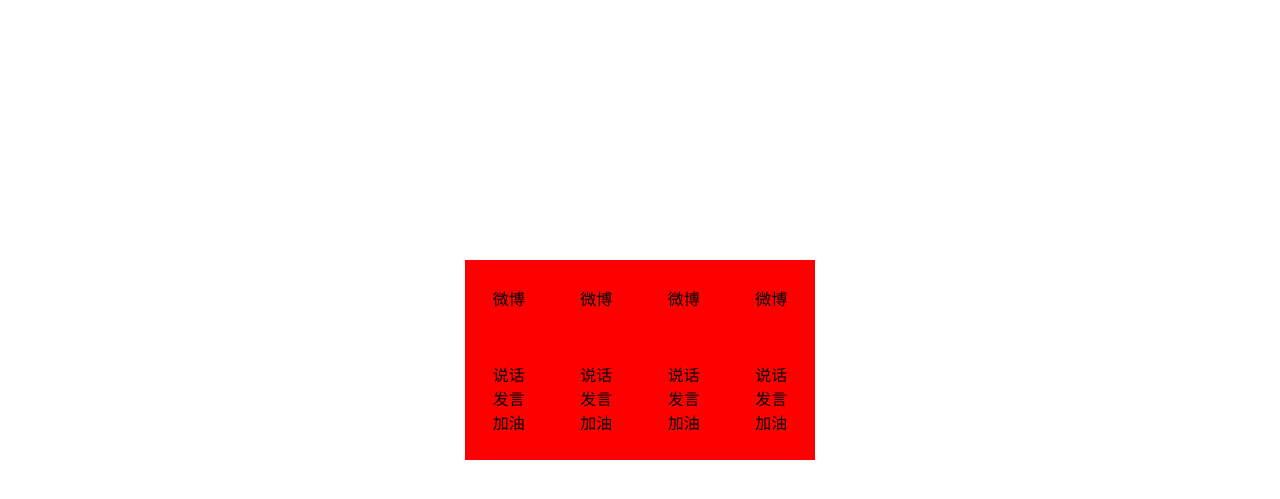
Repository: MMXiaohang/frontend-interview-coding
Page: 19.下拉菜单.html
An editor plug-in stored every save of this project. The page is shown before and after the next save, followed by the edit.
The browser window is 1280 px wide. The pictures show the whole page.

Above is the page before, as saved 2022-04-03 11:49:40.

### 19.下拉菜单.html
<!DOCTYPE html>
<html lang="en">
<head>
    <meta charset="UTF-8">
    <meta http-equiv="X-UA-Compatible" content="IE=edge">
    <meta name="viewport" content="width=device-width, initial-scale=1.0">
    <title>Document</title>
    <style>
        *{
            padding: 0;
            margin: 0;
        }
        .nav{
            position: absolute;
            display: flex;
            justify-content: space-around;
            width: 350px;
            height: 200px;
            top: 50%;
            left: 50%;
            transform: translate(-50%, -50%);
            background-color: red;
        }

        .nav a{
            text-decoration: none;
            color: black;
        }

        .nav>li>a:hover{
            background-color: #eee;
        }

        .nav ul{
            display: grid;
            place-items: center;

        }

        .nav li{
            list-style: none;
            display: grid;
            place-items: center;
        }
    </style>
</head>
<body>
    <ul class="nav">
        <li>
            <a href="#">微博</a>
            <ul>
                <li>说话</li>
                <li>发言</li>
                <li>加油</li>
            </ul>
        </li>
        <li>
            <a href="#">微博</a>
            <ul>
                <li>说话</li>
                <li>发言</li>
                <li>加油</li>
            </ul>
        </li>
        <li>
            <a href="#">微博</a>
            <ul>
                <li>说话</li>
                <li>发言</li>
                <li>加油</li>
            </ul>
        </li>
        <li>
            <a href="#">微博</a>
            <ul>
                <li>说话</li>
                <li>发言</li>
                <li>加油</li>
            </ul>
        </li>
    </ul>
</body>
</html>

After the next save:
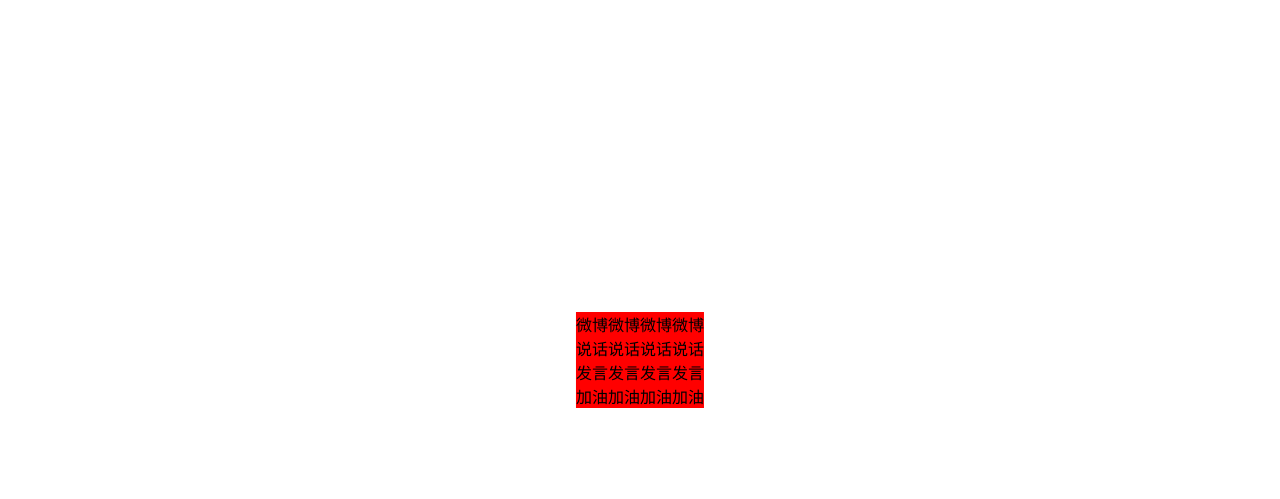
Saved 34 s later.
--- a/19.下拉菜单.html
+++ b/19.下拉菜单.html
@@ -14,8 +14,6 @@
             position: absolute;
             display: flex;
             justify-content: space-around;
-            width: 350px;
-            height: 200px;
             top: 50%;
             left: 50%;
             transform: translate(-50%, -50%);

After the save that followed:
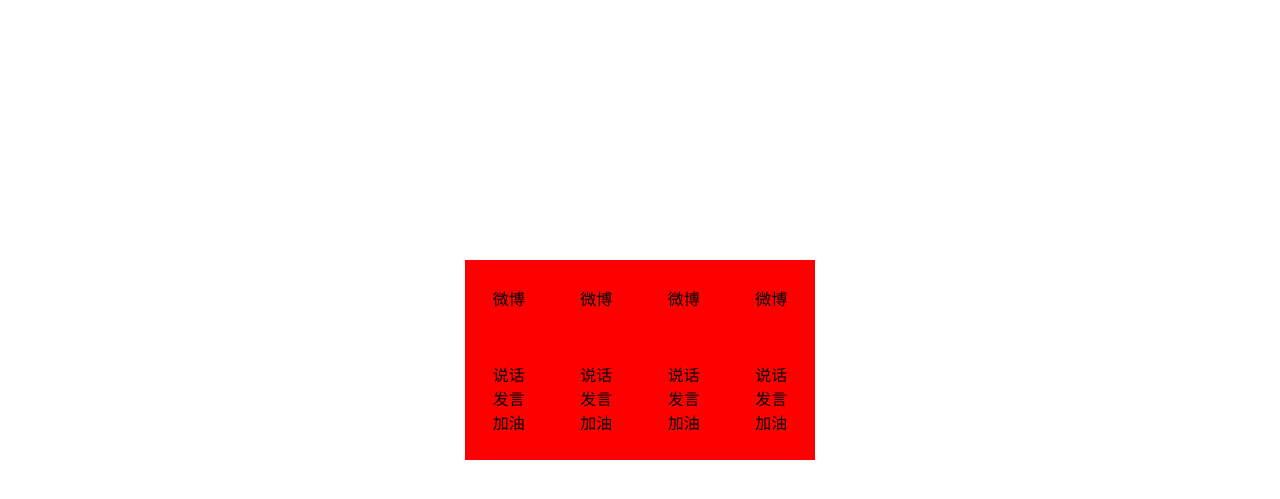
Saved 7 s later.
--- a/19.下拉菜单.html
+++ b/19.下拉菜单.html
@@ -14,6 +14,8 @@
             position: absolute;
             display: flex;
             justify-content: space-around;
+            width: 350px;
+            height: 200px;
             top: 50%;
             left: 50%;
             transform: translate(-50%, -50%);
